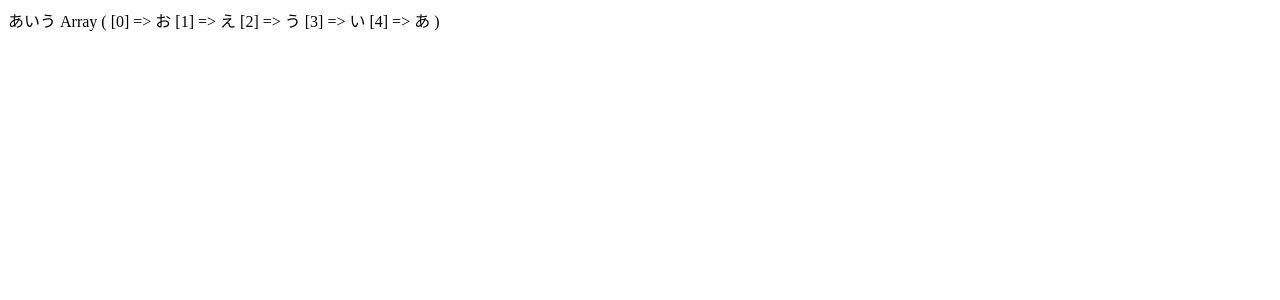
Repository: hiroaki-kitagawa/menta-php
Page: http://localhost/menta41-44.php
An editor plug-in stored every save of this project. The page is shown before and after a run of saves, followed by the edit.
The browser window is 1280 px wide. The pictures show the whole page.
The page is run by PHP 8.4 with error messages shown; the project is at /var/www/html/.

Above is the page before, as saved 2020-01-25 21:00:04.

### menta41-44.php
<?php

// 41
// $x = "abcaあいう"; と宣言する
// 「あいう」という文字のみを切り抜いて表示してください
$x = "abcaあいう";

echo substr($x,4) . PHP_EOL;

// 42
// 次の配列を宣言する
// $array1 = array('あ', 'い', 'う', 'え', 'お');
// 降順にソートして出力してください
// ex) おえういあ

$array1 = array('あ', 'い', 'う', 'え', 'お');

rsort($array1);
print_r($array1);


// 43
// 42の機能を関数にしてください

function arraySort($array) {

}


// 44
// 次のソースコードの関数内を埋めて、2と表示されるソースコードを作成しなさい
// 元の処理の改変は行わないこと
// <?php
//     $number = 1;
//     function add_number()
//     {
//         //
//         // ここに処理を追加
//         //
//     }
//     add_number();
//     echo $number;
// ?>

After the next 3 saves:
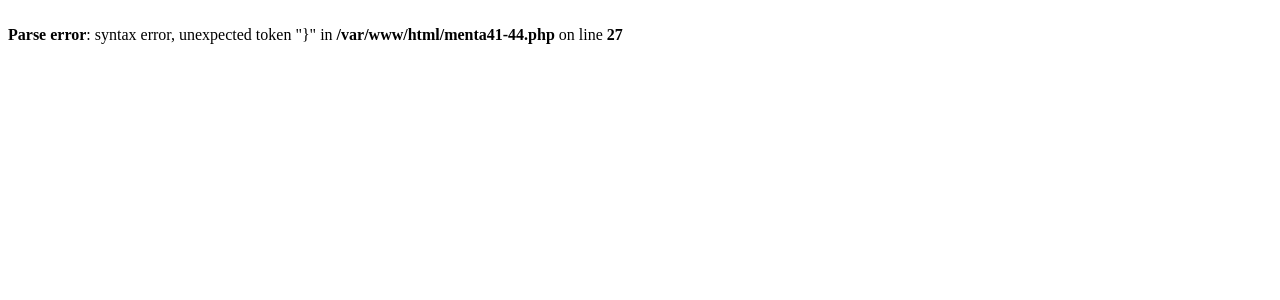
The 3 saves are shown as one change because they came seconds apart.
The last was saved 7 s later.
--- a/menta41-44.php
+++ b/menta41-44.php
@@ -23,7 +23,7 @@
 // 42の機能を関数にしてください
 
 function arraySort($array) {
-
+    rsort()
 }
 
 

After the save that followed:
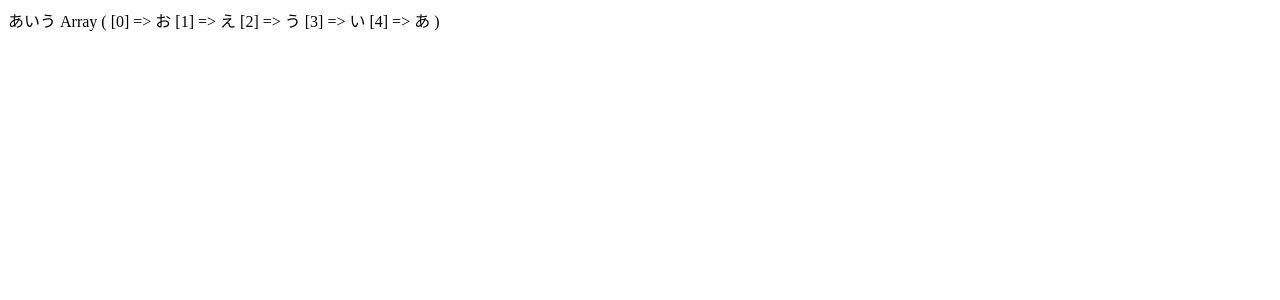
Saved 5 s later.
--- a/menta41-44.php
+++ b/menta41-44.php
@@ -23,7 +23,7 @@
 // 42の機能を関数にしてください
 
 function arraySort($array) {
-    rsort()
+    return rsort($array);
 }
 
 
